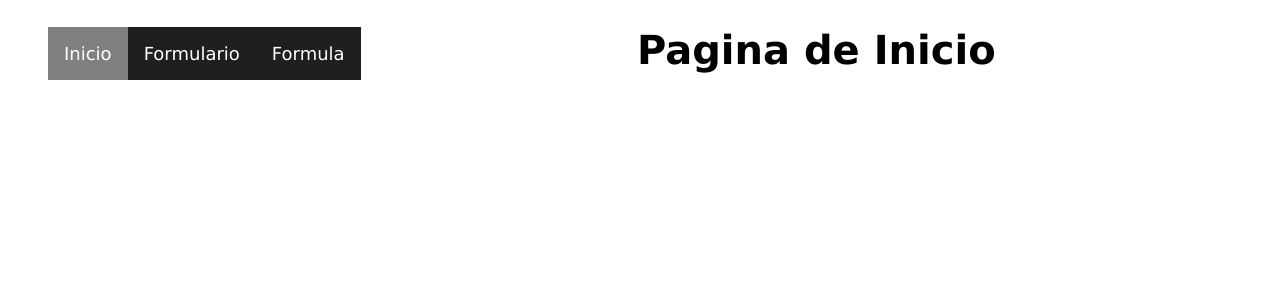
Repository: misterySnow94/tutoriales
Page: pagina basica/formulario.html
These files come from the project's save history. The page is drawn as it stood at one moment and after the next save; the edit follows.
The browser window is 1280 px wide. The pictures show the whole page.

Above is the page before, as saved 2019-11-03 23:42:40.

After the next save:
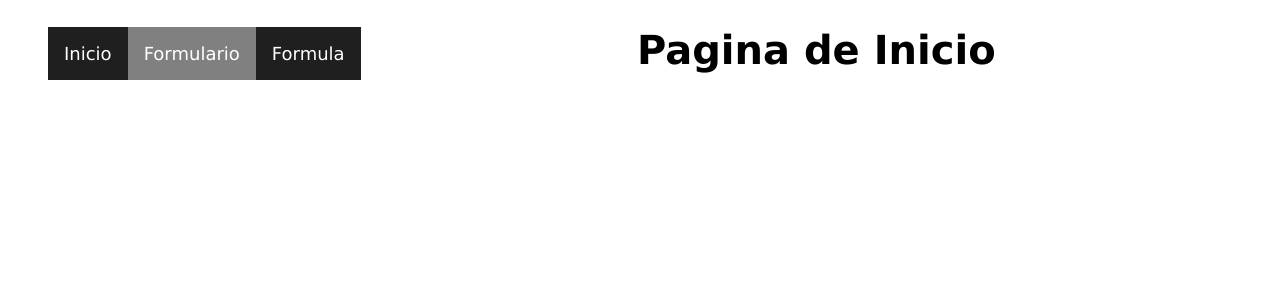
Saved 9 s later.
--- a/pagina basica/formulario.html
+++ b/pagina basica/formulario.html
@@ -10,8 +10,8 @@
 <body>
     <nav>
         <ul>
-            <li class="active"><a href="index.html"> Inicio </a></li>
-            <li><a href="formulario.html">Formulario</a></li>
+            <li><a href="index.html"> Inicio </a></li>
+            <li class="active"><a href="formulario.html">Formulario</a></li>
             <li><a href="formula.html">Formula</a></li>
         </ul>
     </nav>
